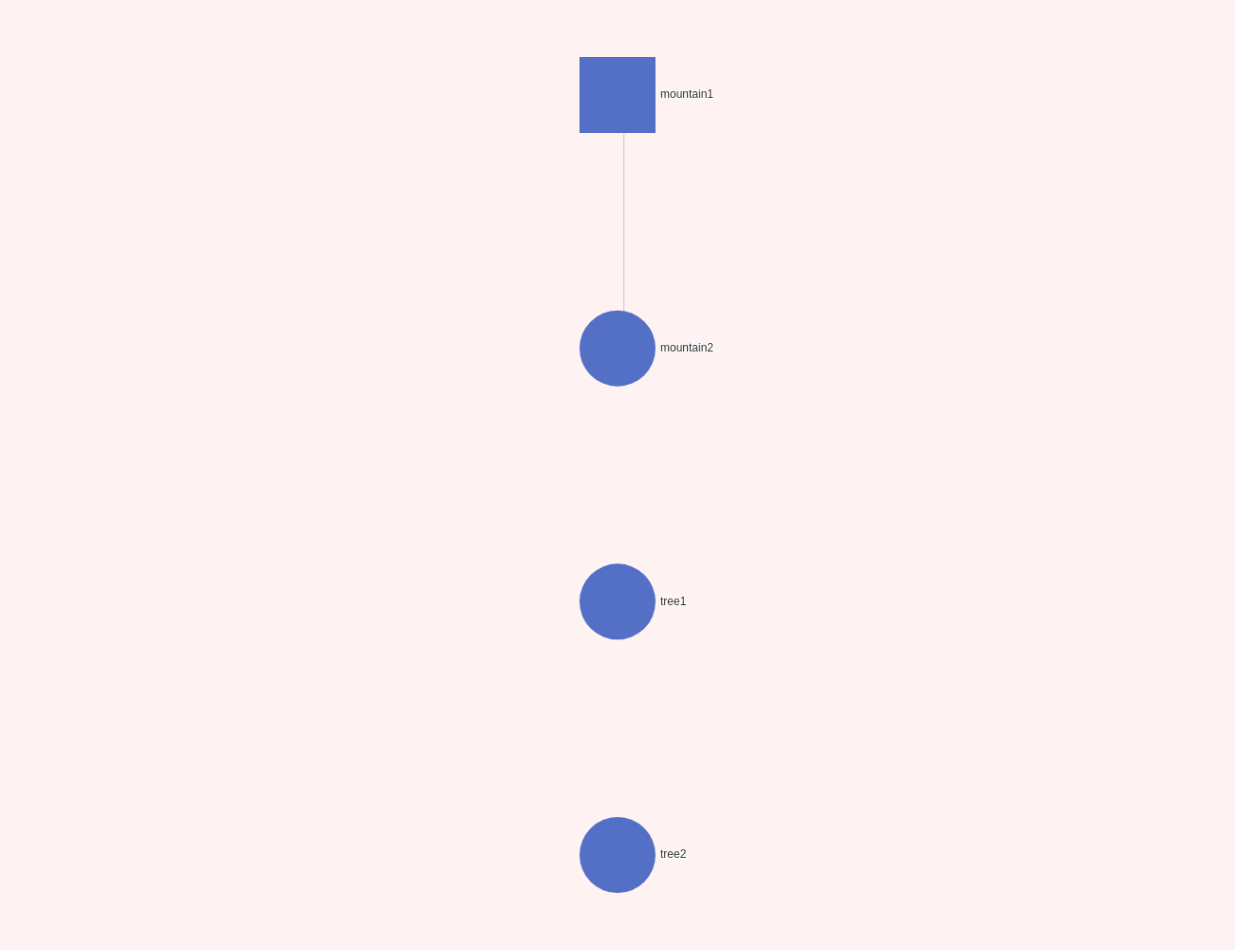
Repository: gaosth/Eyesee
Page: /link
The author's editor kept a copy of each file at every save. The page is drawn from the files as they stood at one save, then again after the next save.
The browser window is 1280 px wide. The page is 1300 px wide, so the pictures cover 1300 px, including what lies to the right of the window. The pictures show the whole page, at 95% of full size.
The project was rebuilt for these pictures with package versions that can differ from the ones it lists, and the page was loaded fresh each time. Also part of the build but not shown: vite.config.js, src/components/WelcomeItem.vue, src/components/icons/IconDocumentation.vue, src/components/icons/IconTooling.vue, src/components/icons/IconEcosystem.vue, src/components/icons/IconCommunity.vue, src/components/icons/IconSupport.vue, src/components/TheWelcome.vue and 16 more.

Above is the page before, as saved 2024-03-19 15:37:05.

### src/main.js
import './assets/main.css'

import { createApp } from 'vue'
import { createPinia } from 'pinia'

import App from './App.vue'
import router from './router'
import axios from 'axios'

axios.defaults.baseURL = 'http://127.0.0.1:8000'

const app = createApp(App)

app.use(createPinia())
// app.use(router)
app.use(router,axios)

app.mount('#app')

### src/App.vue
<template>
  <main>
    <RouterView />
  </main>
</template>

### src/router/index.js
import { createRouter, createWebHistory } from 'vue-router'
import HomeView from '../views/HomeView.vue'
import Agent from '../views/Agent.vue'
import Heatmap from '../components/Heatmap.vue'
import Test from '../views/reference.vue'
import DetailView from '../views/DetailView.vue'
import Detail2View from '../views/Detail2View.vue'
import AnalyzeView from '../views/AnalyzeView.vue'
import Sankey from '../components/Sankey.vue'
import LinkView from '../components/imgLink.vue'

const router = createRouter({
  history: createWebHistory(import.meta.env.BASE_URL),
  routes: [
    {
      path: '/',
      name: 'home',
      component: Agent
    },
    {
      path: '/about',
      name: 'about',
      // route level code-splitting
      // this generates a separate chunk (About.[hash].js) for this route
      // which is lazy-loaded when the route is visited.
      component: () => import('../views/AboutView.vue')
    },
    {
      path: '/Agent',
      name: 'Agent',
      component: Agent
    },
    {
      path: '/Heatmap',
      name: 'Heatmap',
      component: Heatmap
    },
    {
      path: '/test',
      name: 'test',
      component: Test
    },
    {
      path: '/detail',
      name: 'detail',
      component: DetailView
    },
    {
      path: '/detail2',
      name: 'detail2',
      component: Detail2View
    },
    {
      path: '/analyze',
      name: 'analyze',
      component: AnalyzeView
    },
    {
      path: '/sankey',
      name: 'sankey',
      component: Sankey
    },
    {
      path: '/link',
      name: 'link',
      component: LinkView
    },
  ]
})

export default router

### src/components/imgLink.vue
<template>
    <div ref="chartDom" class="chartDom bg-red-50" style="width: 1300px;height:1000px;">
    </div>
  </template>

  <script setup>
  import * as echarts from 'echarts'
  import { ref, onMounted, watch } from 'vue'
  const chartDom = ref()
  import mt1 from '@/assets/case2/mountain1/01.png'

  const option = {
    tooltip: {
    },
    series: {
            type: 'graph',
            layout: 'none',
            data: [
            {
                id: '0',
                name: 'mountain1',
                symbolSize: 80,
                symbol: 'mt1',
                x: 100,
                y: 100

            },
            {
                id: '1',
                name: 'mountain2',
                symbolSize: 80,
                x: 100,
                y: 120
            },
            {
                id: '2',
                name: 'tree1',
                symbolSize: 80,
                x: 100,
                y: 140
            },
            {
                id: '3',
                name: 'tree2',
                symbolSize: 80,
                x: 100,
                y: 160
            },
            ],
            links: [
            {
                source: '0',
                target: '1',
            },
            ],
            roam: true,
            label: {
                show: true,
                position: 'right',
                formatter: '{b}'
            },
            labelLayout: {
                hideOverlap: true
            },
            scaleLimit: {
                min: 0.4,
                max: 2
            },
        }
  }
  // 不赋值给ref响应式Proxy对象
  let chart

  onMounted(() => {
    chart = echarts.init(chartDom.value)
    chart.setOption(option)
  })
  </script>

Loaded but not shown: index.html (common file); src/assets/main.css (common file); tailwind.config.js (common file)

After the next save:
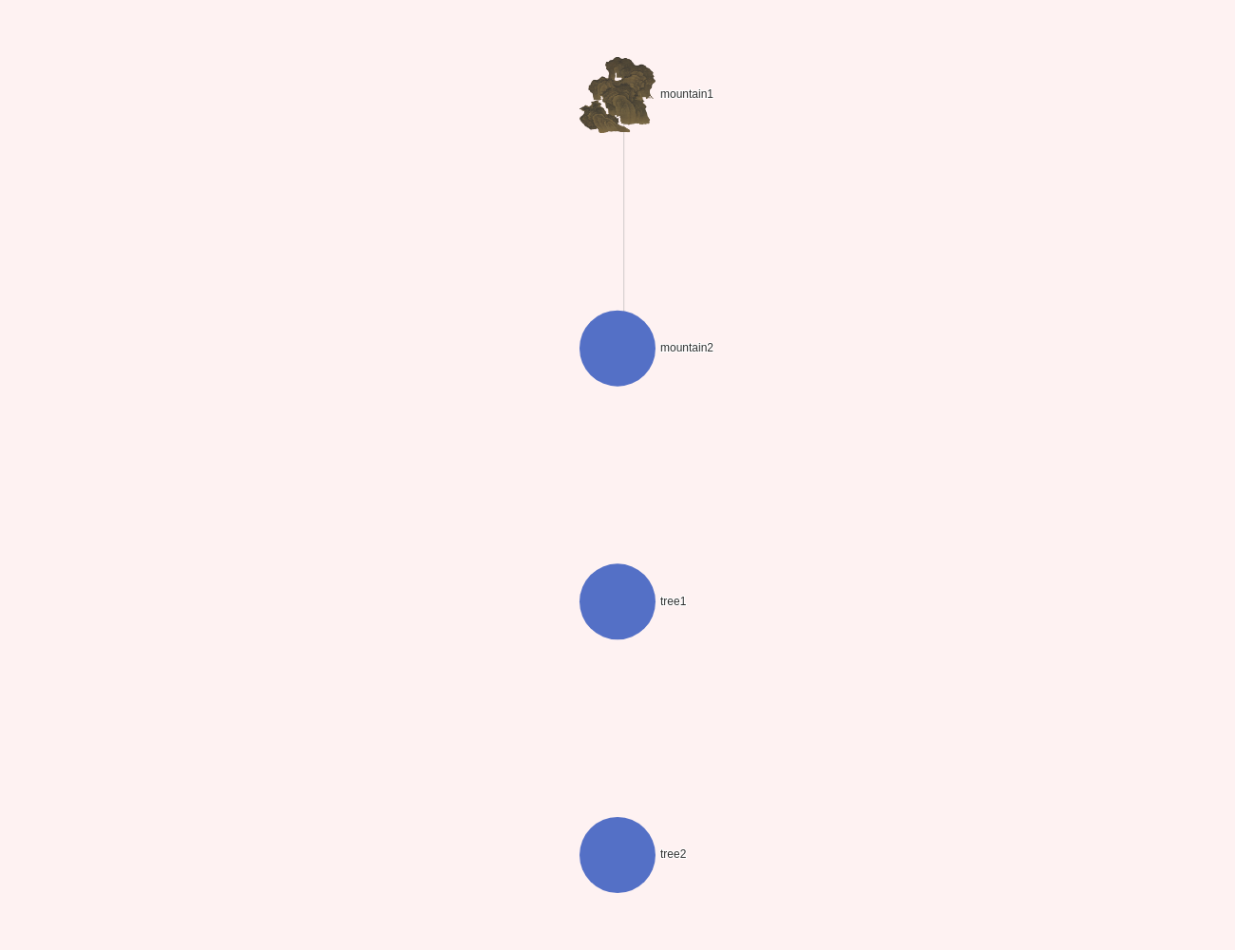
Saved 70 s later.
--- a/src/components/imgLink.vue
+++ b/src/components/imgLink.vue
@@ -20,7 +20,7 @@
                 id: '0',
                 name: 'mountain1',
                 symbolSize: 80,
-                symbol: 'mt1',
+                symbol: 'image://' + mt1,
                 x: 100,
                 y: 100
 
